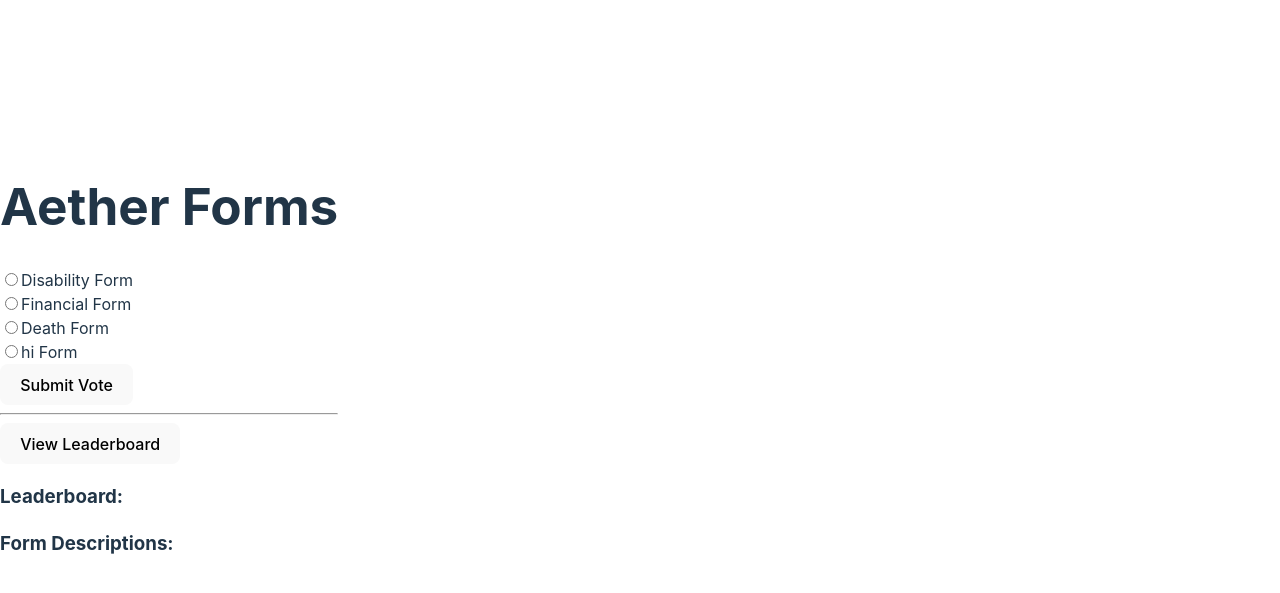
Repository: Jennica1/Aether-Top-Forms
Page: / (app in form-leaderboard-frontend/)
The author's editor kept a copy of each file at every save. The page is drawn from the files as they stood at one save, then again after the next save.
The browser window is 1280 px wide. The pictures show the whole page.
The project was rebuilt for these pictures with package versions that can differ from the ones it lists, and the page was loaded fresh each time. Also part of the build but not shown: form-leaderboard-frontend/vite.config.js.

Above is the page before, as saved 2024-11-26 21:10:56.

### form-leaderboard-frontend/src/App.jsx
import React from "react";
import VotingForm from "./components/VotingForm";
import Leaderboard from "./components/Leaderboard";

function App() {
  return (
    <div>
      <h1>Aether Forms</h1>
      <VotingForm />
      <hr />
      <Leaderboard />
    </div>
  );
}

export default App;

### form-leaderboard-frontend/src/components/VotingForm.jsx
import React, { useState, useEffect } from "react";

const VotingForm = () => {
  const [formDescriptions, setFormDescriptions] = useState([]);
  const [formType, setFormType] = useState("");
  const [selectedDescription, setSelectedDescription] = useState("");

  // Load form descriptions from JSON
  useEffect(() => {
    import("../formDescriptions.json")
      .then((module) => {
        console.log("Loaded form descriptions:", module.default); // Debugging
        setFormDescriptions(module.default);
      })
      .catch((error) => {
        console.error("Failed to load form descriptions:", error);
      });
  }, []);

  // Handle form selection and display description
  const handleFormSelection = (form) => {
    setFormType(form);
    const description = formDescriptions.find((item) => item.formType === form)?.description;
    setSelectedDescription(description || "No description available.");
  };

  // Handle vote submission
  const handleVote = async (e) => {
    e.preventDefault();

    if (!formType) {
      alert("Please select a form!");
      return;
    }

    try {
      const response = await fetch("https://aether-top-forms-leaderboard.onrender.com//api/votes", {
        method: "POST",
        headers: {
          "Content-Type": "application/json",
        },
        body: JSON.stringify({ formType }),
      });

      if (response.ok) {
        alert(`Vote submitted for ${formType}`);
      } else {
        console.error("Error submitting vote:", response.statusText);
      }
    } catch (error) {
      console.error("Error submitting vote:", error);
    }
  };

  return (
    <div>
      <form onSubmit={handleVote}>
      {formDescriptions.map((form) => (
  <div key={form.formType}>
    <label>
      <input
        type="radio"
        name="form"
        value={form.formType}
        onChange={(e) => handleFormSelection(e.target.value)}
      />
      {form.formType}
    </label>
  </div>
))}
        <button type="submit">Submit Vote</button>
      </form>

      {selectedDescription && (
        <div>
          <h3>Form Description:</h3>
          <p>{selectedDescription}</p>
        </div>
      )}
    </div>
  );
};

export default VotingForm;

### form-leaderboard-frontend/src/components/Leaderboard.jsx
import React, { useState } from "react";
import axios from "axios";

const Leaderboard = () => {
  const [leaderboard, setLeaderboard] = useState([]);
  const [formDescriptions, setFormDescriptions] = useState([]);
  const [error, setError] = useState(null);

  const fetchLeaderboardAndDescriptions = async () => {
    try {
      // Fetch leaderboard data from the backend
      const { data: leaderboardData } = await axios.get(
        "https://aether-top-forms-leaderboard.onrender.com/api/votes/leaderboard"
      );

      // Fetch form descriptions from the JSON file
      const descriptionsModule = await import("../formDescriptions.json");

      setLeaderboard(leaderboardData);
      setFormDescriptions(descriptionsModule.default);
      setError(null); // Clear any previous errors
    } catch (error) {
      console.error("Error fetching leaderboard or descriptions:", error);
      setError(error.message || "Something went wrong");
    }
  };

  return (
    <div>
      <button onClick={fetchLeaderboardAndDescriptions}>View Leaderboard</button>

      {error && <p style={{ color: "red" }}>Error: {error}</p>}

      {/* Display the leaderboard */}
      <h3>Leaderboard:</h3>
      <ul>
        {leaderboard.map((entry) => (
          <li key={entry._id}>
            {entry._id}: {entry.count} votes
          </li>
        ))}
      </ul>

      {/* Display the form descriptions */}
      <h3>Form Descriptions:</h3>
      <ul>
        {formDescriptions.map((form) => (
          <li key={form.formType}>
            {form.formType}: {form.description}
          </li>
        ))}
      </ul>
    </div>
  );
};

export default Leaderboard;

### form-leaderboard-frontend/src/formDescriptions.json
[
  {
    "formType": "Disability Form",
    "description": "A form for requesting accommodations or support for disabilities."
  },
  {
    "formType": "Financial Form",
    "description": "A form for financial aid or assistance requests."
  },
  {
    "formType": "Death Form",
    "description": "A form for processing claims related to death benefits."
  },
  {
    "formType": "hi Form",
    "description": "A form for processing claims related to death benefits."
  }
]

Loaded but not shown: form-leaderboard-frontend/index.html (common file); form-leaderboard-frontend/src/main.jsx (common file); form-leaderboard-frontend/src/index.css (common file)

After the next save:
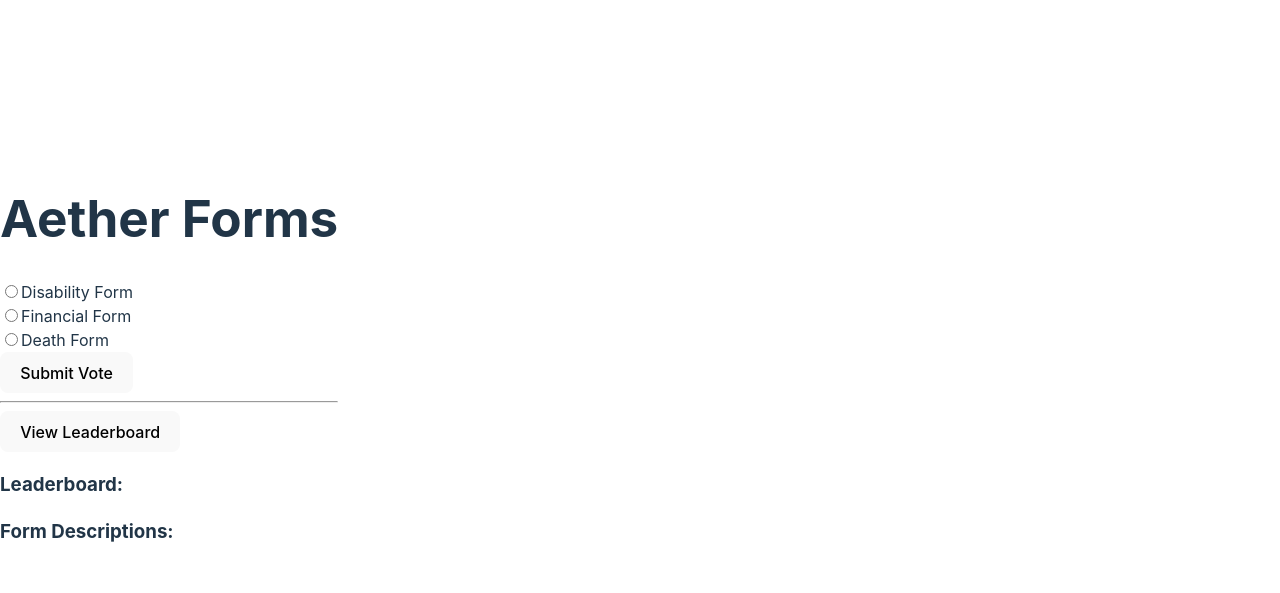
Saved 18 s later.
--- a/form-leaderboard-frontend/src/formDescriptions.json
+++ b/form-leaderboard-frontend/src/formDescriptions.json
@@ -10,9 +10,6 @@
   {
     "formType": "Death Form",
     "description": "A form for processing claims related to death benefits."
-  },
-  {
-    "formType": "hi Form",
-    "description": "A form for processing claims related to death benefits."
   }
+
 ]
